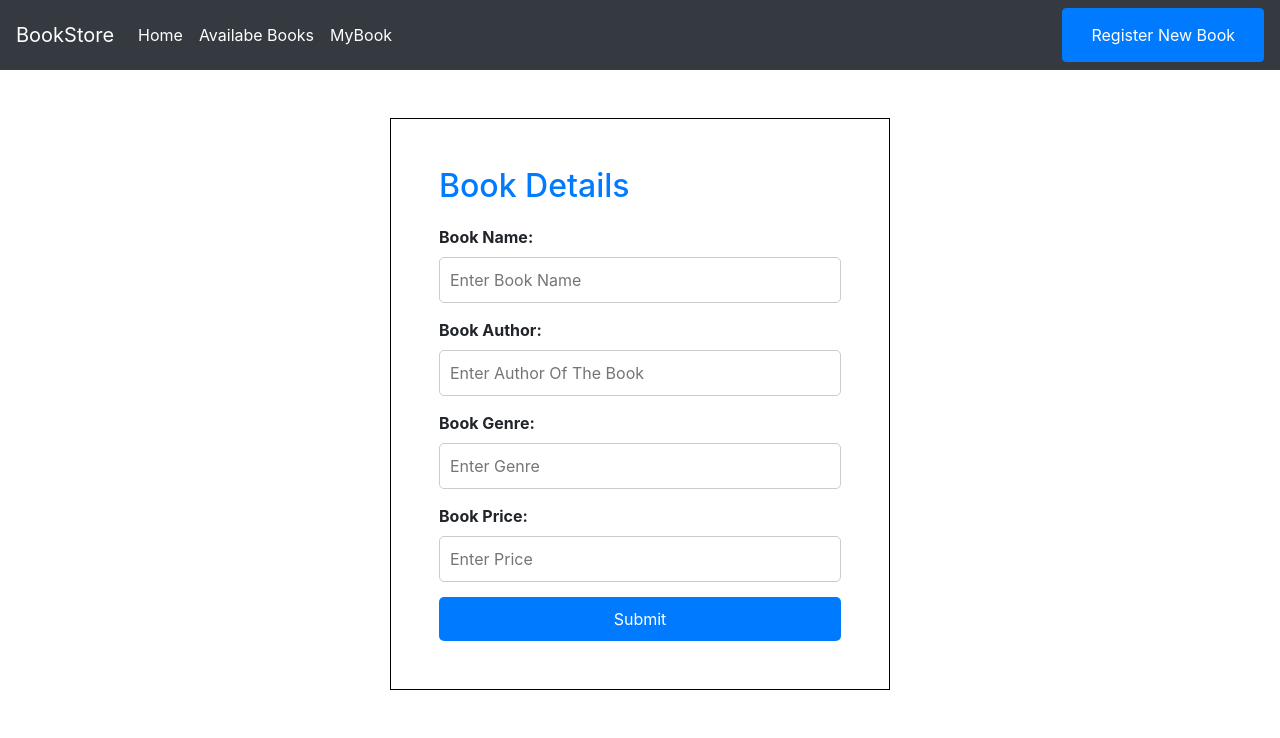
Repository: Sumanta-Sahoo/BookStoreApp
Page: bookstore/src/main/resources/static/bookRegister.html
An editor plug-in stored every save of this project. The page is shown before and after the next save, followed by the edit.
The browser window is 1280 px wide. The pictures show the whole page.

Above is the page before, as saved 2024-03-15 12:15:07.

### bookstore/src/main/resources/static/bookRegister.html
<!doctype html>
<html lang="en">

<head>
	<!-- Required meta tags -->
	<meta charset="utf-8">
	<meta name="viewport" content="width=device-width, initial-scale=1, shrink-to-fit=no">

	<!-- Bootstrap CSS -->
	<link rel="stylesheet" href="https://cdn.jsdelivr.net/npm/bootstrap@4.4.1/dist/css/bootstrap.min.css"
		integrity="sha384-Vkoo8x4CGsO3+Hhxv8T/Q5PaXtkKtu6ug5TOeNV6gBiFeWPGFN9MuhOf23Q9Ifjh" crossorigin="anonymous">

	<title>BookStore</title>
</head>

<body>
	<nav class="navbar navbar-expand-lg navbar-light bg-dark">
		<a class="navbar-brand text-white" href="#">BookStore</a>
		<button class="navbar-toggler" type="button" data-toggle="collapse" data-target="#navbarSupportedContent"
			aria-controls="navbarSupportedContent" aria-expanded="false" aria-label="Toggle navigation">
			<span class="navbar-toggler-icon"></span>
		</button>

		<div class="collapse navbar-collapse" id="navbarSupportedContent">
			<ul class="navbar-nav mr-auto">
				<li class="nav-item active">
					<a class="nav-link text-white" href="#">Home<span class="sr-only">(current)</span></a>
				</li>
				<li class="nav-item">
					<a class="nav-link text-white" href="availabe_books">Availabe Books</a>
				</li>
				<li class="nav-item">
					<a class="nav-link text-white" href="my_books">MyBook</a>
				</li>
			</ul>
			<div>
				<button type="button" class="btn btn-primary"><a class="nav-link text-white"
						href="bookRegister">Register New Book</a></button>
			</div>

		</div>
	</nav>

	<div class="container my-5 p-5" style="border:1px solid black; width: 500px;">

		<h2 style="margin-bottom: 20px; color: #007bff;">Book Details</h2>

		<form>
			<div style="margin-bottom: 15px;">
				<label for="bookName" style="display: block; font-weight: bold;">Book Name:</label>
				<input type="text" id="bookName" name="bookName" placeholder="Enter Book Name"
					style="width: 100%; padding: 10px; font-size: 16px; border-radius: 5px; border: 1px solid #ccc; box-sizing: border-box;">
			</div>

			<div style="margin-bottom: 15px;">
				<label for="bookAuthor" style="display: block; font-weight: bold;">Book Author:</label>
				<input type="text" id="bookAuthor" name="bookAuthor"  placeholder="Enter Author Of The Book"
					style="width: 100%; padding: 10px; font-size: 16px; border-radius: 5px; border: 1px solid #ccc; box-sizing: border-box;">
			</div>

			<div style="margin-bottom: 15px;">
				<label for="bookGenre" style="display: block; font-weight: bold;">Book Genre:</label>
				<input type="text" id="bookGenre" name="bookGenre"placeholder="Enter Genre"
					style="width: 100%; padding: 10px; font-size: 16px; border-radius: 5px; border: 1px solid #ccc; box-sizing: border-box;">
			</div>

			<div style="margin-bottom: 15px;">
				<label for="bookPrice" style="display: block; font-weight: bold;">Book Price:</label>
				<input type="text" id="bookPrice" name="bookPrice" placeholder="Enter Price"
					style="width: 100%; padding: 10px; font-size: 16px; border-radius: 5px; border: 1px solid #ccc; box-sizing: border-box;">
			</div>

			<button type="submit"
				style="display: block; width: 100%; padding: 10px; font-size: 16px; border: none; border-radius: 5px; background-color: #007bff; color: #fff; cursor: pointer; transition: background-color 0.3s;">
				Submit
			</button>
		</form>
	</div>
	<!--
	<form>
		<div class="form-group">
			<label for="exampleInputEmail1">Email address</label>
			<input type="email" class="form-control" id="exampleInputEmail1" aria-describedby="emailHelp"
				placeholder="Enter email">
			<small id="emailHelp" class="form-text text-muted">We'll never share your email with anyone else.</small>
		</div>
		<div class="form-group">
			<label for="exampleInputPassword1">Password</label>
			<input type="password" class="form-control" id="exampleInputPassword1" placeholder="Password">
		</div>
		<div class="form-check">
			<input type="checkbox" class="form-check-input" id="exampleCheck1">
			<label class="form-check-label" for="exampleCheck1">Check me out</label>
		</div>
		<button type="submit" class="btn btn-primary">Submit</button>
	</form> -->

	<!-- Optional JavaScript -->
	<!-- jQuery first, then Popper.js, then Bootstrap JS -->
	<script src="https://code.jquery.com/jquery-3.4.1.slim.min.js"
		integrity="sha384-J6qa4849blE2+poT4WnyKhv5vZF5SrPo0iEjwBvKU7imGFAV0wwj1yYfoRSJoZ+n"
		crossorigin="anonymous"></script>
	<script src="https://cdn.jsdelivr.net/npm/popper.js@1.16.0/dist/umd/popper.min.js"
		integrity="sha384-Q6E9RHvbIyZFJoft+2mJbHaEWldlvI9IOYy5n3zV9zzTtmI3UksdQRVvoxMfooAo"
		crossorigin="anonymous"></script>
	<script src="https://cdn.jsdelivr.net/npm/bootstrap@4.4.1/dist/js/bootstrap.min.js"
		integrity="sha384-wfSDF2E50Y2D1uUdj0O3uMBJnjuUD4Ih7YwaYd1iqfktj0Uod8GCExl3Og8ifwB6"
		crossorigin="anonymous"></script>
</body>

</html>

After the next save:
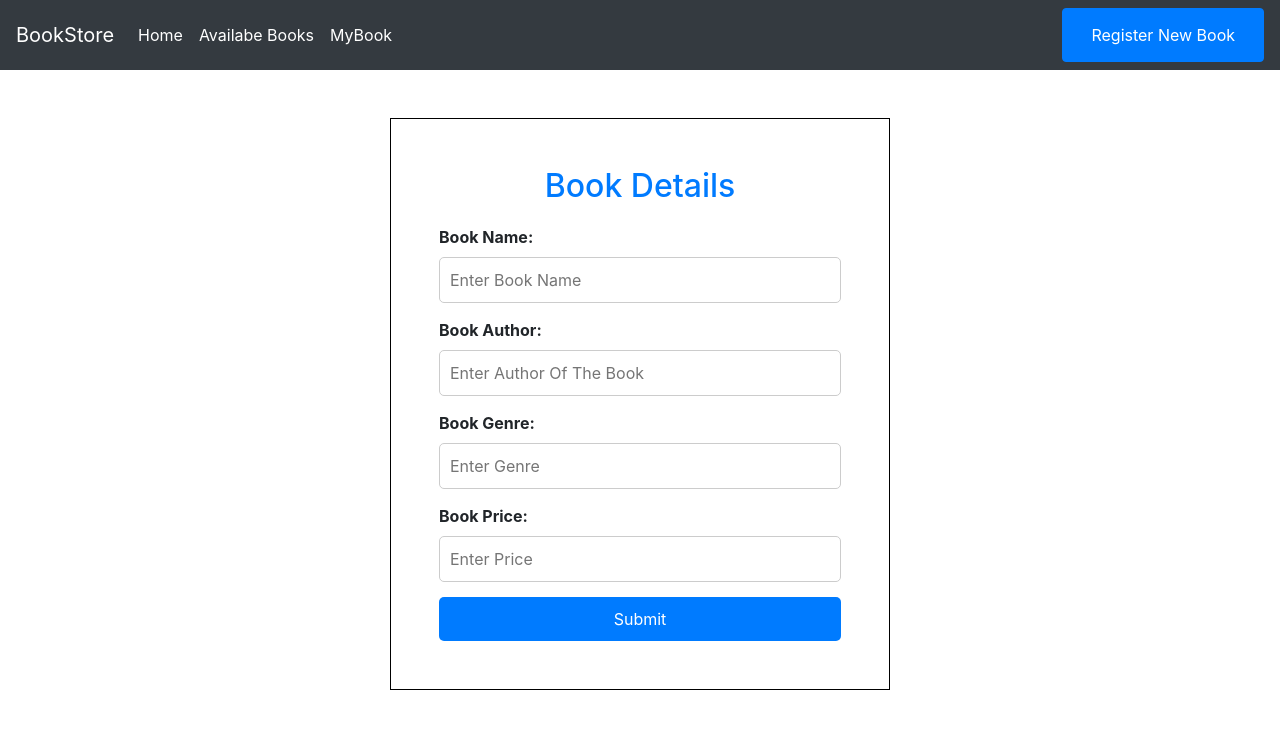
Saved 35 s later.
--- a/bookstore/src/main/resources/static/bookRegister.html
+++ b/bookstore/src/main/resources/static/bookRegister.html
@@ -43,7 +43,7 @@
 
 	<div class="container my-5 p-5" style="border:1px solid black; width: 500px;">
 
-		<h2 style="margin-bottom: 20px; color: #007bff;">Book Details</h2>
+		<h2 class="text-center" style="margin-bottom: 20px; color: #007bff;">Book Details</h2>
 
 		<form>
 			<div style="margin-bottom: 15px;">
